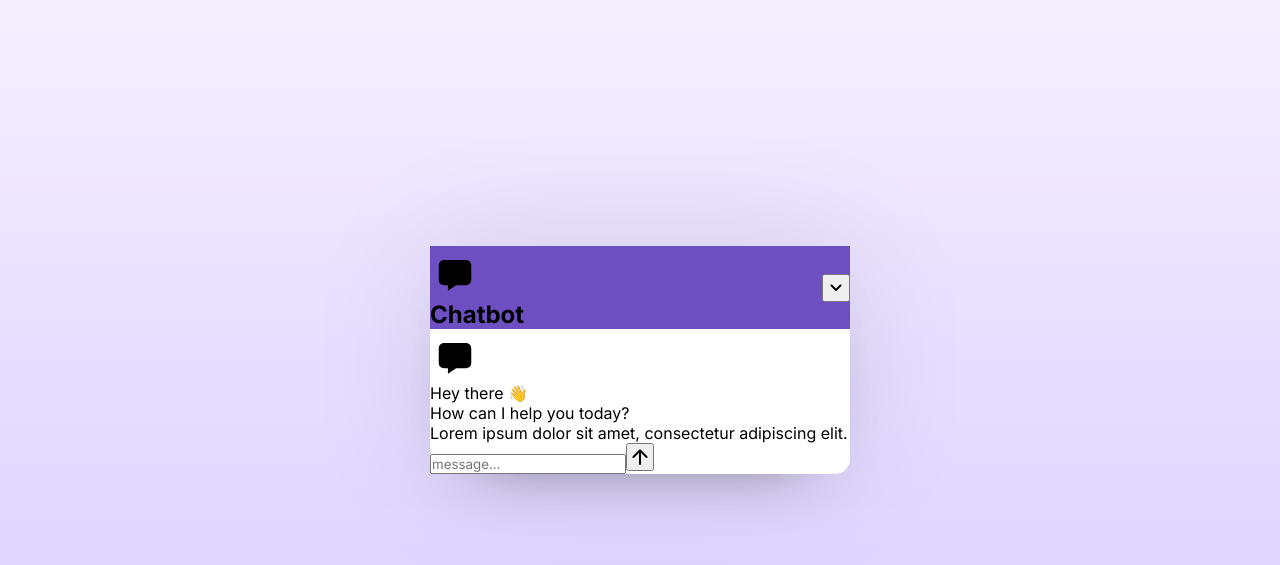
Repository: gogg23/chatbot
Page: / (app in chatbot/)
The author's editor kept a copy of each file at every save. The page is drawn from the files as they stood at one save, then again after the next save.
The browser window is 1280 px wide. The pictures show the whole page.
The project was rebuilt for these pictures with package versions that can differ from the ones it lists, and the page was loaded fresh each time. Also part of the build but not shown: chatbot/vite.config.js.

Above is the page before, as saved 2025-01-11 13:35:18.

### chatbot/index.html
<!DOCTYPE html>
<html lang="en">
  <head>
    <meta charset="UTF-8" />
    <link rel="icon" type="image/svg+xml" href="/vite.svg" />
    <meta name="viewport" content="width=device-width, initial-scale=1.0" />
    <title>Chatbot in ReactJS</title>
    <!--Linking google Fonts for Icons-->
    <link
      href="https://fonts.googleapis.com/css2?family=Material+Symbols+Rounded"
      rel="stylesheet"
    />
  </head>
  <body>
    <div id="root"></div>
    <script type="module" src="/src/main.jsx"></script>
  </body>
</html>

### chatbot/src/index.css
/*Importing Google Fonts - Inter*/
@import url('https://fonts.googleapis.com/css2?family=Inter:ital,opsz,wght@0,14..32,100..900;1,14..32,100..900&display=swap');

* {
  margin: 0;
  padding: 0;
  box-sizing: border-box;
  font-family: 'Inter', sans-serif;
}

body {
  width: 100%;
  display: flex;
  align-items: center;
  justify-content: center;
  min-height: 100vh;
  background: linear-gradient(#f4f0ff, #dacdff);
}

.chatbot-popup {
  width: 420px;
  background: #fff;
  border-radius: 15px;
  box-shadow: 0 0 128px 0 rgba(0, 0, 0, 0.1),
    0 32px 64px -48px rgba(0, 0, 0, 0.5);
}

.chatbot-popup .chat-header {
  display: flex;
  align-items: center;
  justify-content: space-between;
  background: #6d4fc2;
}

### chatbot/src/App.jsx
import ChatbotIcon from './components/ChatbotIcon';

const App = () => {
  return (
    <div className='container'>
      <div className='chatbot-popup'>
        {/*Chatbot Header*/}
        <div className='chat-header'>
          <div className='header-info'>
            <ChatbotIcon />
            <h2 className='logo-text'>Chatbot</h2>
          </div>
          <button className='material-symbols-rounded'>
            keyboard_arrow_down
          </button>
        </div>
        {/*Chatbot Body*/}
        <div className='chat-body'>
          <div className='message bot-message'>
            <ChatbotIcon />
            <p className='message-text'>
              Hey there 👋
              <br />
              How can I help you today?
            </p>
          </div>
          <div className='message user-message'>
            <p className='message-text'>
              Lorem ipsum dolor sit amet, consectetur adipiscing elit.
            </p>
          </div>
        </div>
        {/*Chatbot Footer*/}
        <div className='chat-footer'>
          <form action='#' className='chat-form'></form>
          <input
            type='text'
            placeholder='message...'
            className='message-input'
            required
          />
          <button className='material-symbols-rounded'>arrow_upward</button>
        </div>
      </div>
    </div>
  );
};

export default App;

### chatbot/src/components/ChatbotIcon.jsx
const ChatbotIcon = () => {
  return (
    <svg
      xmlns='http://www.w3.org/2000/svg'
      width='50'
      height='50'
      viewBox='0 0 1024 1024'
    >
      <path
        d='M738.3 287.6H285.7c-59 0-106.8
      47.8-106.8 106.8v303.1c0 59 47.8 106.8 106.8 106.8h81.5v111.1c0
      .7.8 1.1 1.4.7l166.9-110.6 41.8-.8h117.4l43.6-.4c59
      0 106.8-47.8 106.8-106.8V394.5c0-59-47.8-106.9-106.8-106.9zM351
      .7 448.2c0-29.5 23.9-53.5 53.5-53.5s53.5 23.9 53.5 53.5-23.9
      53.5-53.5 53.5-53.5-23.9-53.5-53.5zm157.9 267.1c-67.8 0-123.8-47
      .5-132.3-109h264.6c-8.6 61.5-64.5 109-132.3 109zm110-213.7c-29.5
      0-53.5-23.9-53.5-53.5s23.9-53.5 53.5-53.5 53.5 23.9 53.5 53.5-23.9
      53.5-53.5 53.5zM867.2 644.5V453.1h26.5c19.4 0 35.1 15.7 35.1 35.1v121.1c0
      19.4-15.7 35.1-35.1 35.1h-26.5zM95.2 609.4V488.2c0-19.4 15.7-35.1
      35.1-35.1h26.5v191.3h-26.5c-19.4 0-35.1-15.7-35.1-35.1zM561.5 149.6c0 23.4-15.6
      43.3-36.9 49.7v44.9h-30v-44.9c-21.4-6.5-36.9-26.3-36.9-49.7 0-28.6 23.3-51.9 51.9-51.9s51.9
      23.3 51.9 51.9z'
      />
    </svg>
  );
};

export default ChatbotIcon;

Loaded but not shown: chatbot/src/main.jsx (common file)

After the next save:
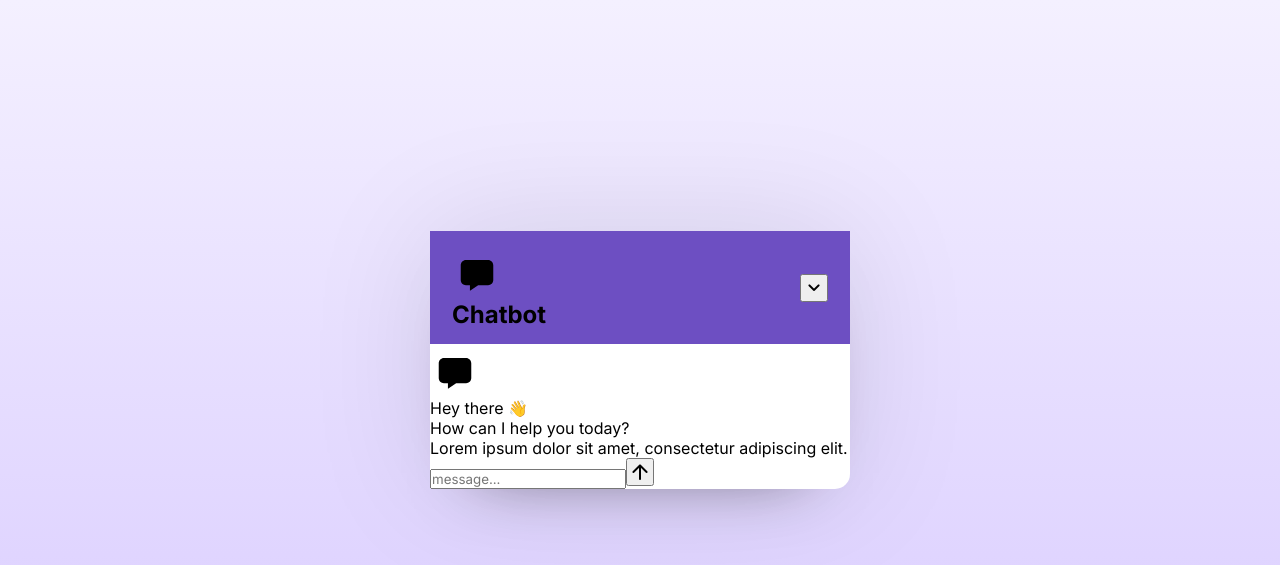
Saved 46 s later.
--- a/chatbot/src/index.css
+++ b/chatbot/src/index.css
@@ -27,6 +27,7 @@ body {
 
 .chatbot-popup .chat-header {
   display: flex;
+  padding: 15px 22px;
   align-items: center;
   justify-content: space-between;
   background: #6d4fc2;
